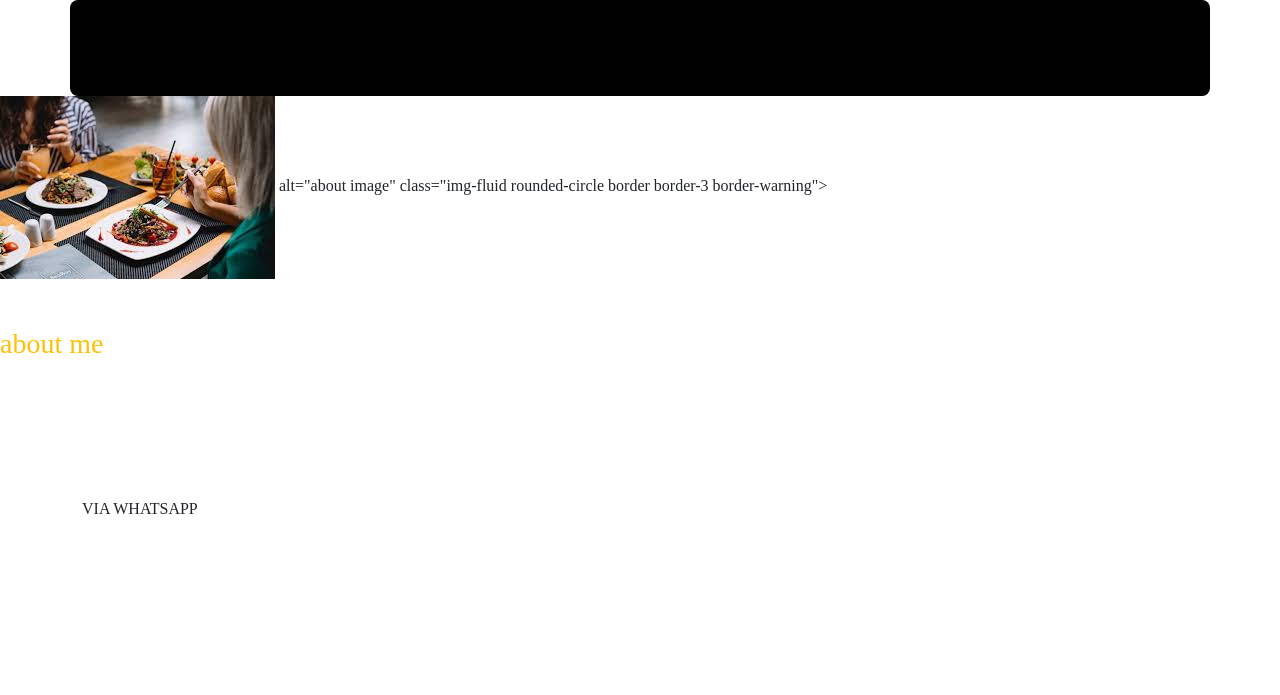
Repository: abeera518/part-2
Page: socialmedia.html
An editor plug-in stored every save of this project. The page is shown before and after a run of saves, followed by the edit.
The browser window is 1280 px wide. The pictures show the whole page.

Above is the page before, as saved 2025-11-20 23:38:55.

### socialmedia.html
<html lang="en">

<head>
    <meta charset="UTF-8">
    <meta name="viewport" content="width=device-width, initial-scale=1.0">
    <link href="https://cdn.jsdelivr.net/npm/bootstrap@5.0.2/dist/css/bootstrap.min.css" rel="stylesheet"
        integrity="sha384-EVSTQN3/azprG1Anm3QDgpJLIm9Nao0Yz1ztcQTwFspd3yD65VohhpuuCOmLASjC" crossorigin="anonymous">
    <link rel="stylesheet" href="style.css">
    <title>Document</title>
</head>

<body>
    <div id="about" class="container about p-5"></div>
    <div class="row"></div>
    <div class="col-6"></div>
    <img src=download.jpg> alt="about image" class="img-fluid rounded-circle border border-3 border-warning">
    <div class="col-6 pt-5 pl-5 pb-5 text-white">
        <h3 class="text-warning">about me</h3>
        <h1 class="m-heading">a little bit about me</h1>
    </div>
    <div id="container" class="container">

        <br />

           <div class="contact">VIA WHATSAPP</div>

### style.css
html {
    scroll-behavior: smooth;
}

body {
    background-color: black(9, 83, 148);
    font-family: "Baloo Tamma 2", cursive;
}

.m-heading {
    font-family: "Roboto slab", serif;
}

.text-white {
    color: rgb(218, 23, 23);
}

.main-container {
    height: 100vh;
    display: flex;
    justify-content: center;
    align-items: center;
    flex-direction: column;
    background-image: url(download.jpg);
    background-repeat: no-repeat;
    background-size: cover;
    background-attachment: fixed;
}

.main row {
    display: flex;
    justify-content:
        center;
    align-items: center;
}

.main row h1 {
    font-size: 5rem
}

.main_row img {
    width: auto;
    height: 100vh;
}

.about {
    background: black;
    border-radius: 0.5rem;
}

.card {
    border-bottom: 8px solid
}

After the next 2 saves:
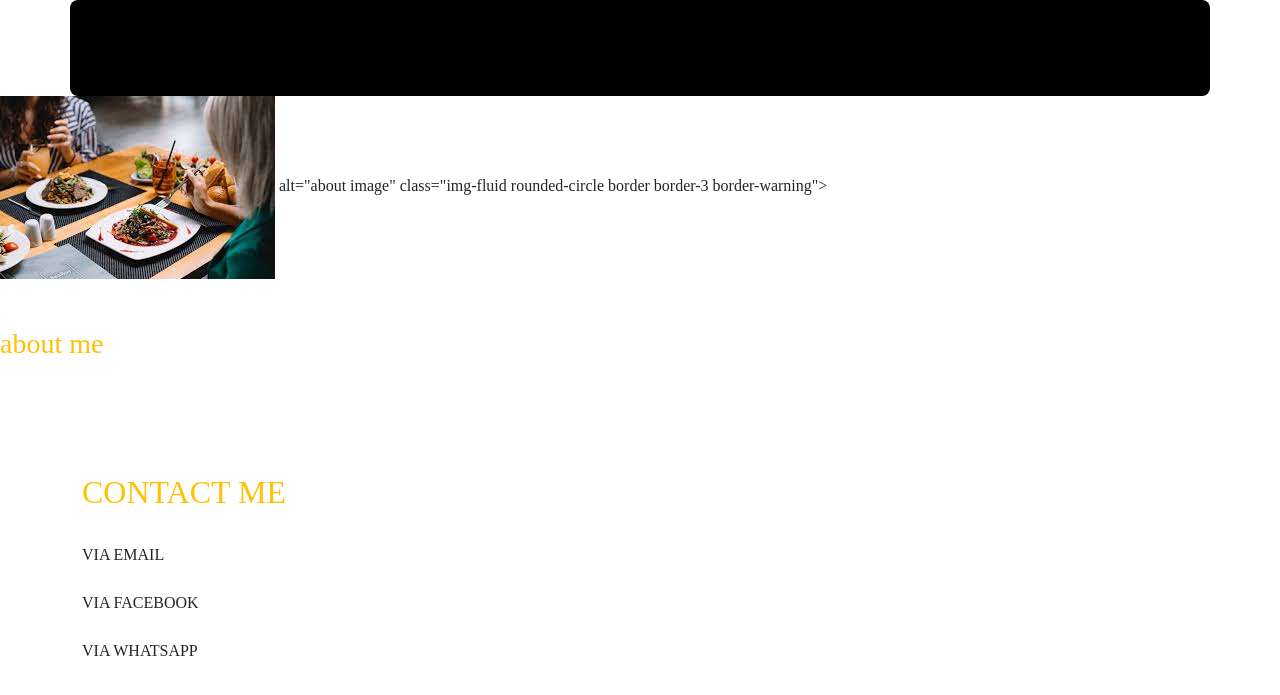
The 2 saves are shown as one change because they came seconds apart.
The last was saved 8 s later.
--- a/socialmedia.html
+++ b/socialmedia.html
@@ -19,7 +19,12 @@
         <h1 class="m-heading">a little bit about me</h1>
     </div>
     <div id="container" class="container">
-
+        <div class="contact-box">
+            <h2 class="text-warning">CONTACT ME</h2>
+            <br />
+            <div class="contact">VIA EMAIL</div>
+            <br />
+            <div class="contact">VIA FACEBOOK</div>
         <br />
 
            <div class="contact">VIA WHATSAPP</div>
